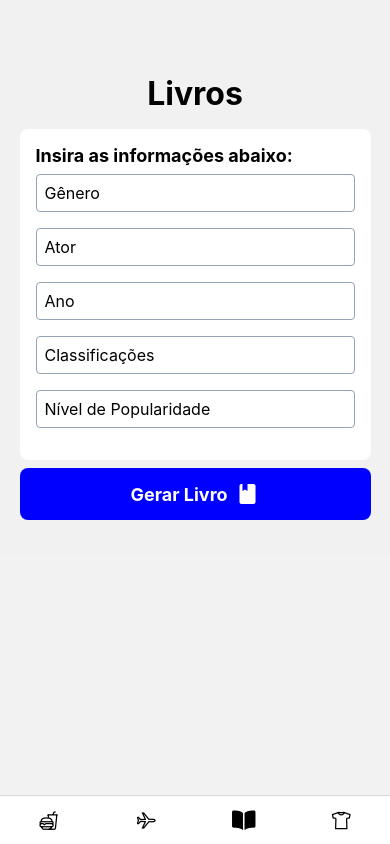
Repository: Matheus904-12/routes
Screen: /livros (app in roteamento/)
An editor plug-in stored every save of this project. The screen is shown before and after the next save, followed by the edit.
The app was drawn by React Native's web renderer in a window 390 px wide. The project was rebuilt for these pictures with package versions that can differ from the ones it lists, and the page was loaded fresh each time. Also part of the build but not shown: roteamento/pages/viagem.js, roteamento/pages/roupas.js.

Above is the screen before, as saved 2024-05-01 17:50:11.

After the next save:
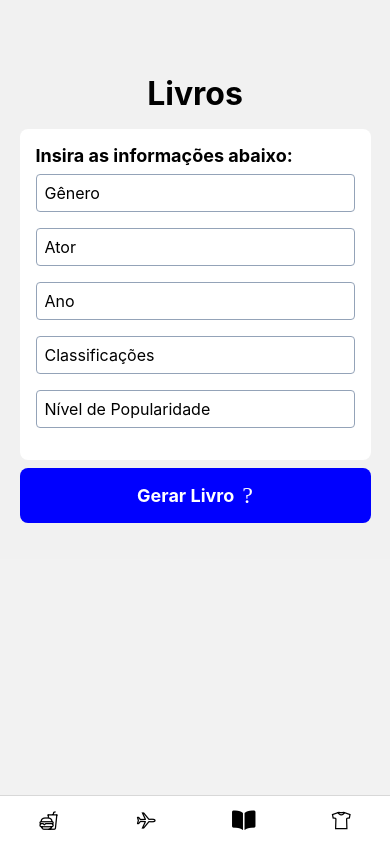
Saved 7 s later.
--- a/roteamento/pages/filmes.js
+++ b/roteamento/pages/filmes.js
@@ -100,7 +100,7 @@
 
                 <TouchableOpacity style={ESTILOS.button} onPress={gerarReceita}>
                     <Text style={ESTILOS.buttonText}>Gerar Livro</Text>
-                    <MaterialCommunityIcons name="book" size={24} color="#FFF" />
+                    <MaterialCommunityIcons name="books" size={24} color="#FFF" />
                 </TouchableOpacity>
 
                 <ScrollView contentContainerStyle={{ paddingBottom: 24, marginTop: 4, }} style={ESTILOS.containerScroll} showsVerticalScrollIndicator={false} >

After the save that followed:
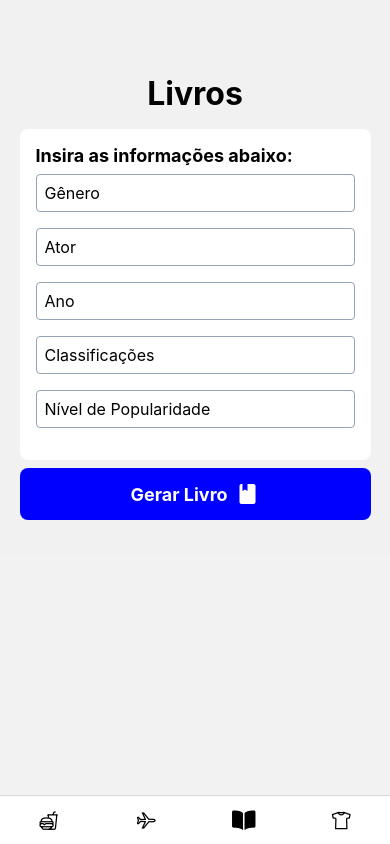
Saved 9 s later.
--- a/roteamento/pages/filmes.js
+++ b/roteamento/pages/filmes.js
@@ -100,7 +100,7 @@
 
                 <TouchableOpacity style={ESTILOS.button} onPress={gerarReceita}>
                     <Text style={ESTILOS.buttonText}>Gerar Livro</Text>
-                    <MaterialCommunityIcons name="books" size={24} color="#FFF" />
+                    <MaterialCommunityIcons name="book" size={24} color="#FFF" />
                 </TouchableOpacity>
 
                 <ScrollView contentContainerStyle={{ paddingBottom: 24, marginTop: 4, }} style={ESTILOS.containerScroll} showsVerticalScrollIndicator={false} >
